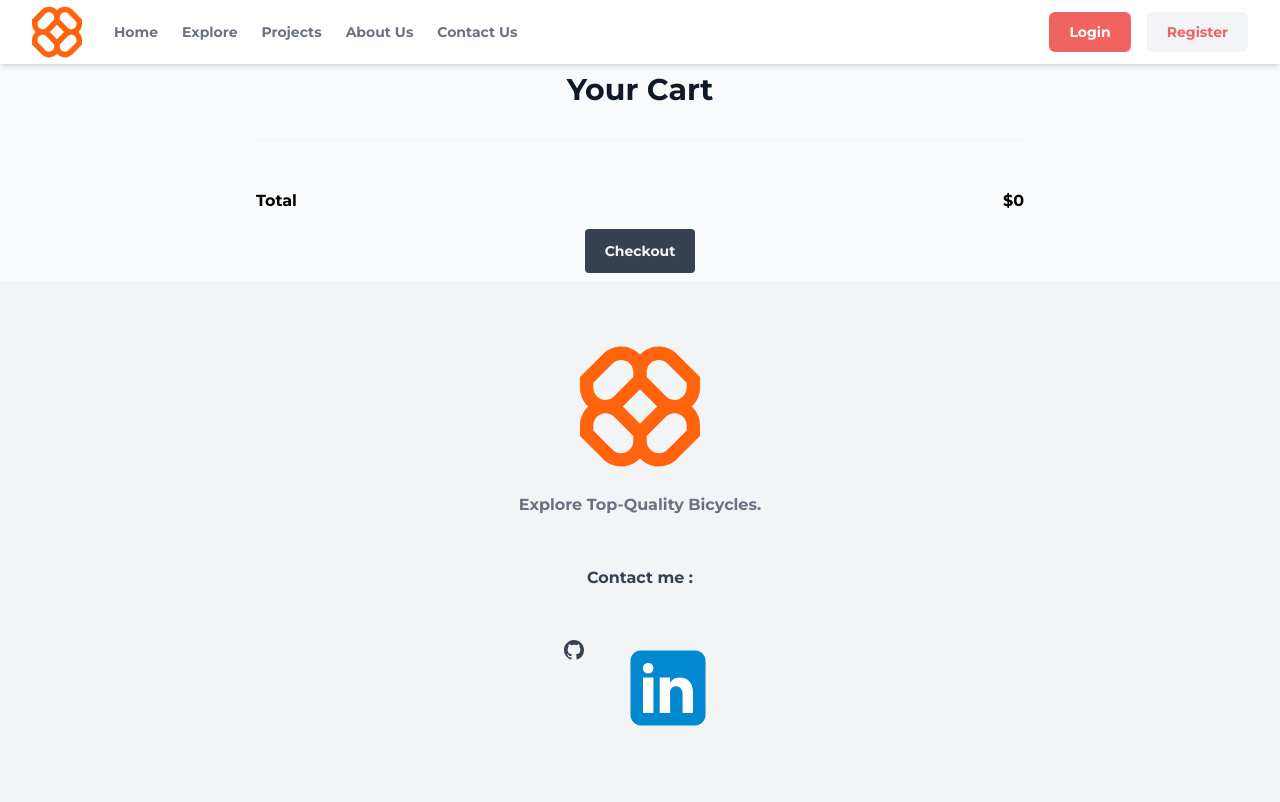
Repository: YahiaSala7/E-commerce-Project
Page: /cart (app in ecommerce/)
The author's editor kept a copy of each file at every save. The page is drawn from the files as they stood at one save, then again after the next save.
The browser window is 1280 px wide. The pictures show the whole page.
The page's requests for data from a server got no answer. The project was rebuilt for these pictures with package versions that can differ from the ones it lists, and the page was loaded fresh each time. Some packages were replaced by stand-ins written for this rebuild. The framework's server and built-in components were replaced by stand-ins that run in the browser. No one was signed in, and anything a server would have sent is missing. Also part of the build but not shown: ecommerce/next.config.mjs, ecommerce/app/_Components/Cart.jsx.

Above is the page before, as saved 2024-07-30 21:11:38.

After the next save:
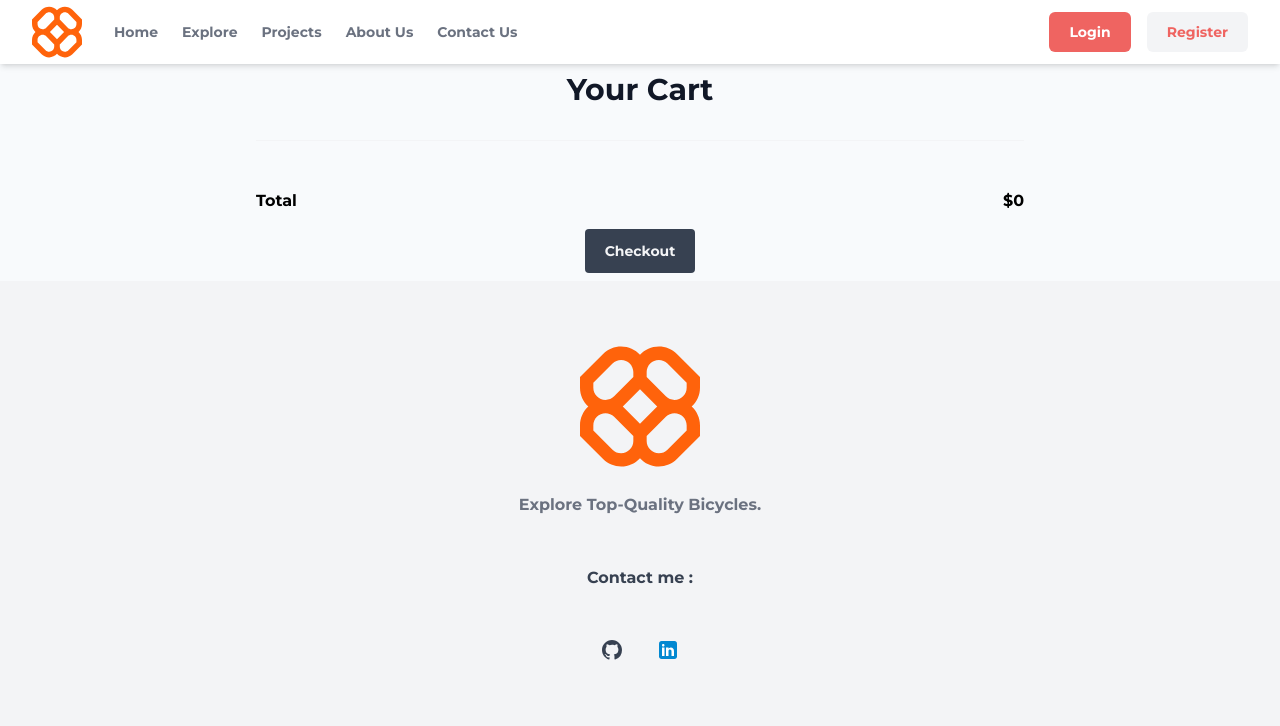
Saved 3 min 12 s later.
--- a/ecommerce/app/_Components/Footer.jsx
+++ b/ecommerce/app/_Components/Footer.jsx
@@ -48,10 +48,7 @@ function Footer() {
               <span className="sr-only">LinkedIn</span>
               <svg
                 xmlns="http://www.w3.org/2000/svg"
-                x="0px"
-                y="0px"
-                width="100"
-                height="100"
+                className="w-6 h-6"
                 viewBox="0 0 48 48">
                 <path
                   fill="#0288D1"
